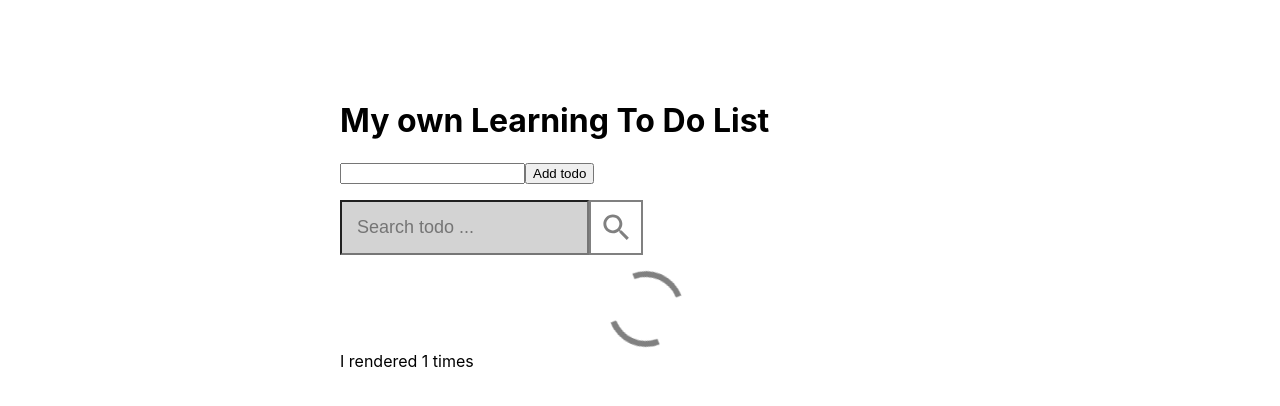
Repository: ArusyakAghajanyan/To-Do
Page: /
These files come from the project's save history. The page is drawn as it stood at one moment and after the next save; the edit follows.
The browser window is 1280 px wide. The pictures show the whole page.
The page's requests for data from a server got no answer. The project was rebuilt for these pictures with package versions that can differ from the ones it lists, and the page was loaded fresh each time. No one was signed in, and anything a server would have sent is missing. Also part of the build but not shown: src/Todo/TodoItem.js, src/Todo/TodoList.js.

Above is the page before, as saved 2022-03-14 10:45:43.

After the next save:
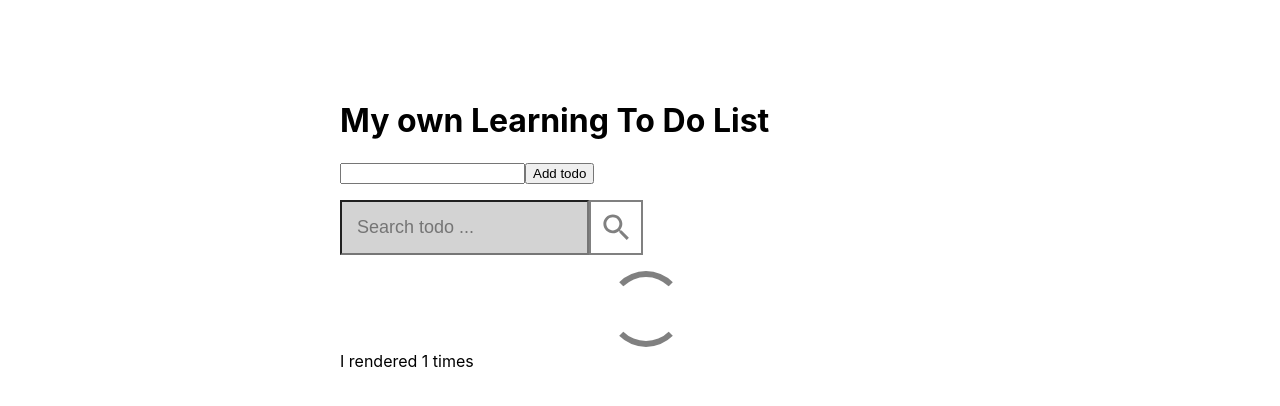
Saved 2 days later.
--- a/src/index.css
+++ b/src/index.css
@@ -42,7 +42,7 @@ code {
   border-radius: 50%;
   border: 6px solid gray;
   border-color: gray transparent gray transparent;
-  animation: lds-dual-ring 1.2s linear infinite;
+  /* animation: lds-dual-ring 1.2s linear infinite; */
 }
 @keyframes lds-dual-ring {
   0% {
